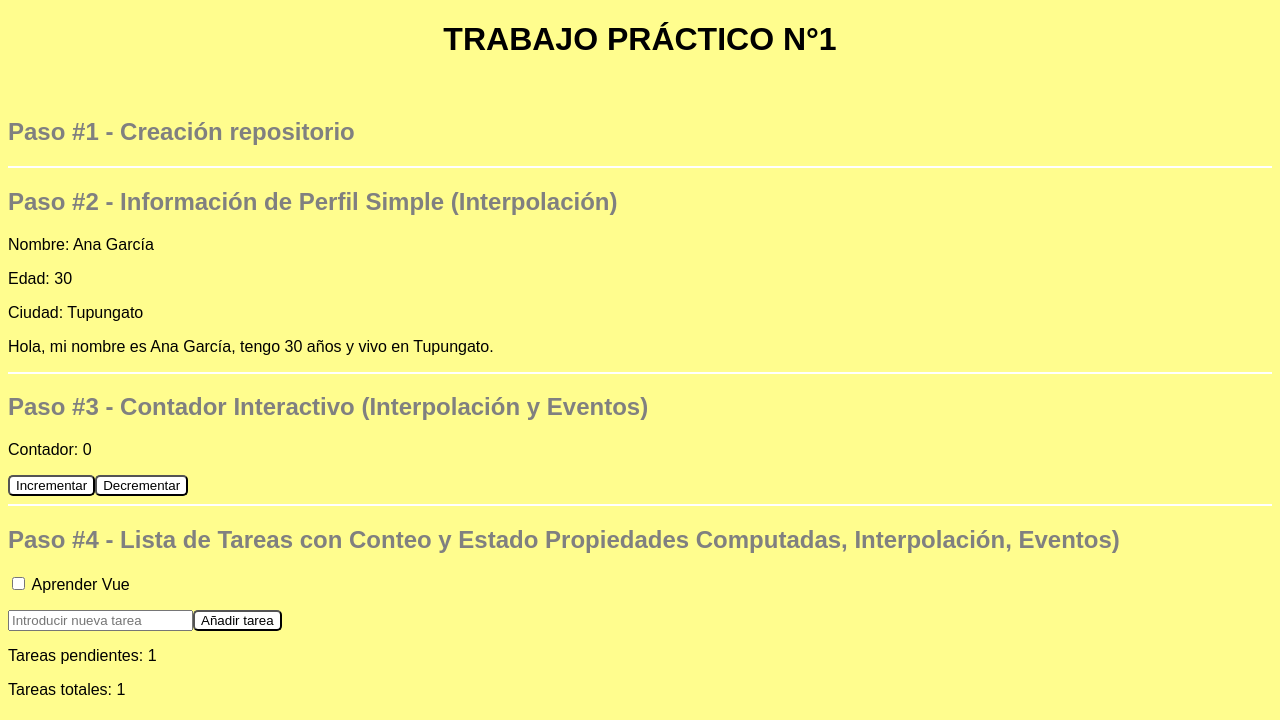
Repository: SofiaSferco/PWA
Page: practico01/index.html
An editor plug-in stored every save of this project. The page is shown before and after the next save, followed by the edit.
The browser window is 1280 px wide. The pictures show the whole page.

Above is the page before, as saved 2025-10-03 14:28:56.

### practico01/index.html
<!DOCTYPE html>
<html lang="en">
<head>
    <meta charset="UTF-8">
    <title>Trabajo Práctico 1</title>
    <script src="https://unpkg.com/vue@3/dist/vue.global.js"></script>
</head>
<body>
    <div id="app">
        <h1>TRABAJO PRÁCTICO N°1</h1>
        <br>
        <h2>Paso #1 - Creación repositorio</h2>
        <hr>
        <h2>{{ segundopaso }}</h2>
            <p>Nombre: {{ nombre }}</p>
            <p>Edad: {{ edad }}</p>
            <p>Ciudad: {{ ciudad }}</p>
            <p>Hola, mi nombre es {{ nombre }}, tengo {{ edad }} años y vivo en {{ ciudad }}.</p>
        <hr>
        <h2>{{ tercerpaso }}</h2>
            <p>Contador: {{ contador }}</p>
            <button v-on:click="contador++">Incrementar</button>
            <button @click="contador--">Decrementar</button>
        <hr>
        <h2>{{cuartopaso}}</h2>
        <ul>
            <li v-for="tarea in tareas" :key="tarea.id" :class="{tachar: tarea.completada}"><input type="checkbox" v-model="tarea.completada"> {{tarea.texto}}</li>
        </ul>
        <input v-model="nuevaTarea" placeholder="Introducir nueva tarea">
        <button @click="agregarTarea">Añadir tarea</button>
        <p>Tareas pendientes: {{tareasPendientes}}</p>
        <p>Tareas totales: {{tareasTotales}}</p>



    </div>
    <script>
        const { createApp } = Vue;
        createApp({
            data() {
                return {
                    segundopaso: 'Paso #2 - Información de Perfil Simple (Interpolación)',
                    nombre: 'Ana García',
                    edad: 30,
                    ciudad: 'Tupungato',
                    tercerpaso: 'Paso #3 - Contador Interactivo (Interpolación y Eventos)',
                    contador: 0,
                    cuartopaso: 'Paso #4 - Lista de Tareas con Conteo y Estado Propiedades Computadas, Interpolación, Eventos)',
                    nuevaTarea: '',
                    tareas: [{
                        id: 1,
                        texto: "Aprender Vue",
                        completada: false
                    }
                    ]
               }
            }, methods: {
                agregarTarea() {
                    if (this.nuevaTarea != "") { //asi como está admite espacios y permito agregar tareas vacias si uso this.nuevaTarea.trim() ahi limito eso
                        this.tareas.push({
                            id: this.tareas.length +1,
                            texto: this.nuevaTarea,
                            completada: false
                        })
                        }
                    this.nuevaTarea = '';
                    }
                }, computed: {
                    tareasPendientes() {
                        return this.tareas.filter (tarea => !tarea.completada).length;
                    },
                     tareasTotales() {
                        return this.tareas.length;
                    }
                }
            },
        ).mount('#app');
    </script>
</body>
<style>
    body {
        font-family: Arial, Helvetica, sans-serif;
        color: rgb(0, 0, 0);
        background-color: rgb(255, 253, 142);
    }
    h1{
        text-align: center;
        color: black;
    }
    h2 {
        color: gray;
    }
    hr {
        border: 1px solid #ffff;
        }
    button {
        background-color: #ffff;
        color: black;
        cursor: pointer;
        border-radius: 5px;
    }
    button:hover {
        background-color: rgb(177, 177, 240);
    }
    ul {
        list-style-type: none;
        padding-left: 0px;
    }
    .tachar{
        text-decoration: line-through;
        color: gray
    }
    input[type="checkbox"] {
        cursor: pointer;
    }
</style>
</html>

After the next save:
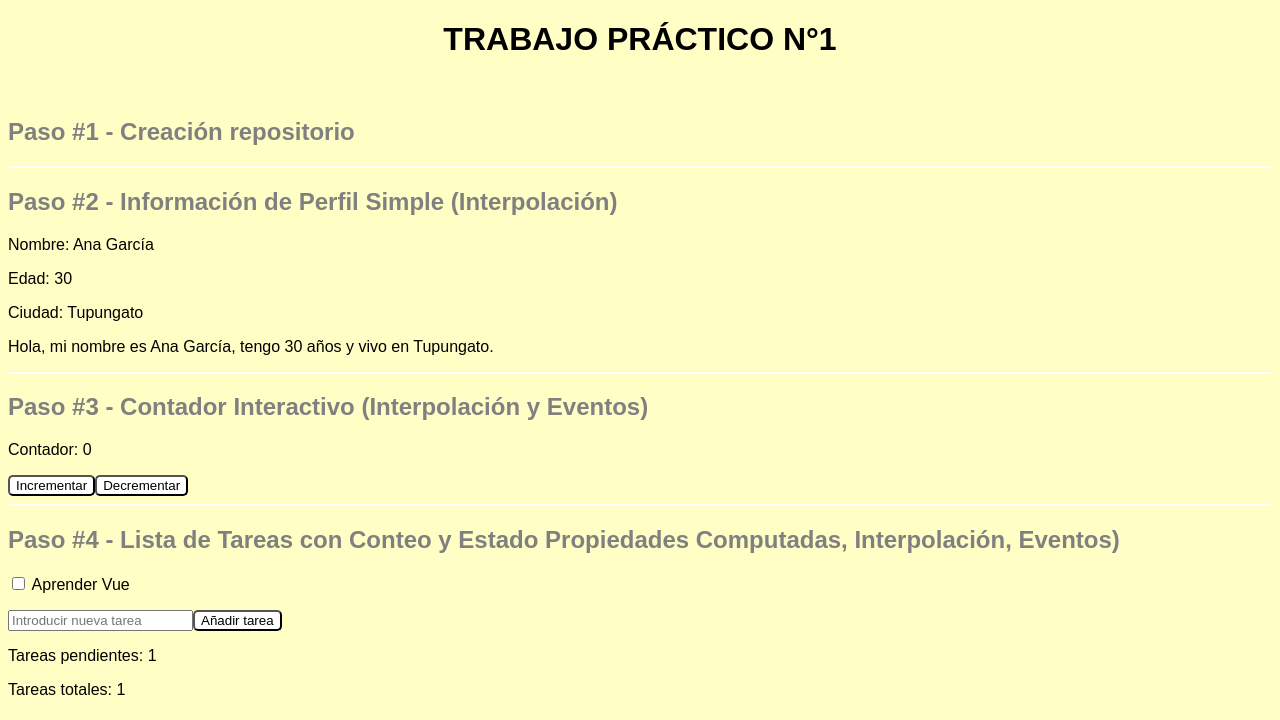
Saved 65 s later.
--- a/practico01/index.html
+++ b/practico01/index.html
@@ -81,7 +81,7 @@
     body {
         font-family: Arial, Helvetica, sans-serif;
         color: rgb(0, 0, 0);
-        background-color: rgb(255, 253, 142);
+        background-color: rgb(255, 254, 197);
     }
     h1{
         text-align: center;
